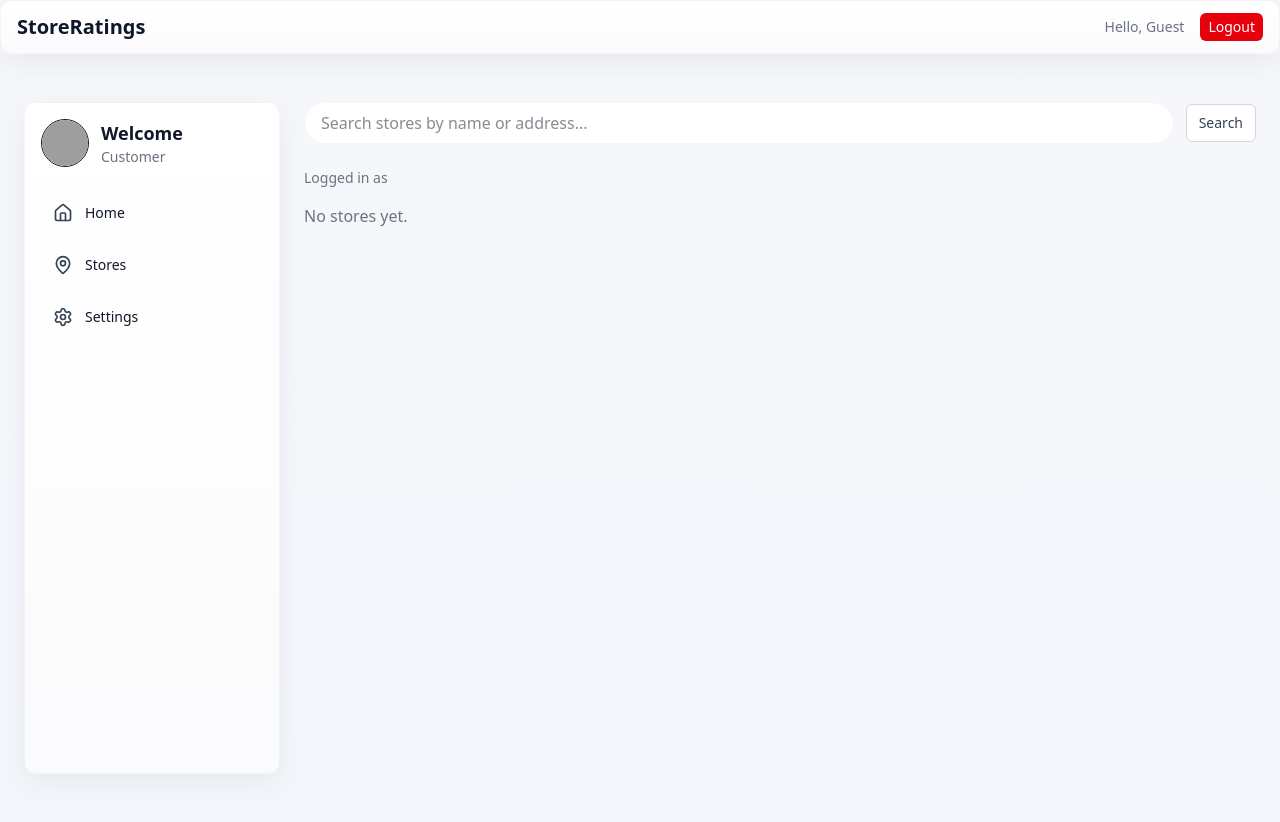
Repository: Sarthak102/roxiler-store-rating
Page: /stores (app in frontend/)
An editor plug-in stored every save of this project. The page is shown before and after a run of saves, followed by the edit.
The browser window is 1280 px wide. The pictures show the whole page.
Pictures or frames that could not be fetched are drawn as grey boxes. The page's requests for data from a server got no answer. The project was rebuilt for these pictures with package versions that can differ from the ones it lists, and the page was loaded fresh each time. No one was signed in, and anything a server would have sent is missing. Also part of the build but not shown: frontend/vite.config.ts, frontend/src/components/StoreCard.tsx, frontend/src/components/RatingModal.tsx, frontend/src/components/ui/input.tsx, frontend/src/components/ui/card.tsx, frontend/src/pages/Login.tsx, frontend/src/pages/Register.tsx, frontend/src/components/ProtectedRoute.tsx and 8 more.

Above is the page before, as saved 2025-11-17 18:46:20.

### frontend/src/main.tsx
import React from "react";
import ReactDOM from "react-dom/client";
import App from "./App";
import { AuthProvider } from "./contexts/AuthContext";
import { ToastProvider } from "./contexts/ToastContext";
import "./index.css"; // Tailwind + custom CSS

ReactDOM.createRoot(document.getElementById("root")!).render(
  <AuthProvider>
    <ToastProvider>
      <App />
    </ToastProvider>
  </AuthProvider>
);

### frontend/src/App.tsx
// frontend/src/App.tsx
import React from "react";
import { BrowserRouter, Routes, Route } from "react-router-dom";
import Navbar from "./components/Navbar";
import StoresDashboard from "./pages/StoresDashboard";
import Login from "./pages/Login";
import Register from "./pages/Register";
import ProtectedRoute from "./components/ProtectedRoute";
import PublicRoute from "./components/PublicRoute";
import AdminStores from "./pages/AdminStores";
import AdminCreateStore from "./pages/AdminCreateStore";
import ChangePassword from "./pages/ChangePassword";
import AdminDashboard from "./pages/AdminDashboard";
import AdminUsers from "./pages/AdminUsers";
import AdminCreateUser from "./pages/AdminCreateUser";

export default function App() {
  return (
    <BrowserRouter>
      {/* Render Navbar exactly once here */}
      <Navbar />

      <div className="py-6">
        <Routes>
          <Route path="/" element={<StoresDashboard />} />
          <Route path="/stores" element={<StoresDashboard />} />

          <Route
            path="/login"
            element={
              <PublicRoute>
                <Login />
              </PublicRoute>
            }
          />
          <Route
            path="/register"
            element={
              <PublicRoute>
                <Register />
              </PublicRoute>
            }
          />

          <Route
            path="/settings"
            element={
              <ProtectedRoute>
                <ChangePassword />
              </ProtectedRoute>
            }
          />

          <Route
            path="/admin/stores"
            element={
              <ProtectedRoute role="admin">
                <AdminStores />
              </ProtectedRoute>
            }
          />
          <Route
            path="/admin/create-store"
            element={
              <ProtectedRoute role="admin">
                <AdminCreateStore />
              </ProtectedRoute>
            }
          />
          <Route
            path="/admin"
            element={
              <ProtectedRoute role="admin">
                <AdminDashboard />
              </ProtectedRoute>
            }
          />
          <Route
            path="/admin/users"
            element={
              <ProtectedRoute role="admin">
                <AdminUsers />
              </ProtectedRoute>
            }
          />
          <Route
            path="/admin/create-user"
            element={
              <ProtectedRoute role="admin">
                <AdminCreateUser />
              </ProtectedRoute>
            }
          />

          <Route path="*" element={<StoresDashboard />} />
        </Routes>
      </div>
    </BrowserRouter>
  );
}

### frontend/src/contexts/AuthContext.tsx
// frontend/src/contexts/AuthContext.tsx
/* eslint-disable react-refresh/only-export-components */
import React, { createContext, useEffect, useState } from "react";
import api from "../services/api";

type User = {
  id: string;
  name: string;
  email: string;
  role?: string;
};

type AuthContextType = {
  user: User | null;
  token: string | null;
  loading: boolean;
  login: (email: string, password: string) => Promise<void>;
  register: (payload: {
    name: string;
    email: string;
    password: string;
    address?: string;
  }) => Promise<void>;
  logout: () => void;
};

export const AuthContext = createContext<AuthContextType | undefined>(
  undefined
);

export const AuthProvider: React.FC<{ children: React.ReactNode }> = ({
  children,
}) => {
  const [user, setUser] = useState<User | null>(() => {
    try {
      const raw = localStorage.getItem("user");
      return raw ? (JSON.parse(raw) as User) : null;
    } catch {
      return null;
    }
  });

  const [token, setToken] = useState<string | null>(() => {
    try {
      return localStorage.getItem("accessToken");
    } catch {
      return null;
    }
  });

  const [loading, setLoading] = useState(false);

  // Keep localStorage in sync whenever token/user changes.
  useEffect(() => {
    try {
      if (token) localStorage.setItem("accessToken", token);
      else localStorage.removeItem("accessToken");
    } catch {
      // ignore
    }
  }, [token]);

  useEffect(() => {
    try {
      if (user) localStorage.setItem("user", JSON.stringify(user));
      else localStorage.removeItem("user");
    } catch {
      // ignore
    }
  }, [user]);

  const login = async (email: string, password: string) => {
    setLoading(true);
    try {
      const res = await api.post("/auth/login", { email, password });
      const { token: tkn, user: u } = res.data;
      setToken(tkn);
      setUser(u);
    } finally {
      setLoading(false);
    }
  };

  const register = async (payload: {
    name: string;
    email: string;
    password: string;
    address?: string;
  }) => {
    setLoading(true);
    try {
      const res = await api.post("/auth/register", payload);
      const { token: tkn, user: u } = res.data;
      setToken(tkn);
      setUser(u);
    } finally {
      setLoading(false);
    }
  };

  const logout = () => {
    setUser(null);
    setToken(null);
    try {
      localStorage.removeItem("accessToken");
      localStorage.removeItem("user");
    } catch {
      // ignore
    }
  };

  const value: AuthContextType = {
    user,
    token,
    loading,
    login,
    register,
    logout,
  };

  return <AuthContext.Provider value={value}>{children}</AuthContext.Provider>;
};

### frontend/src/contexts/ToastContext.tsx
import React, { createContext, useContext, useState, useCallback } from "react";

type Toast = {
  id: number;
  type: "success" | "error" | "info";
  message: string;
};
type ToastContextType = {
  success: (msg: string) => void;
  error: (msg: string) => void;
  info: (msg: string) => void;
};

const ToastContext = createContext<ToastContextType | undefined>(undefined);

export const ToastProvider: React.FC<{ children: React.ReactNode }> = ({
  children,
}) => {
  const [toasts, setToasts] = useState<Toast[]>([]);

  const push = useCallback((t: Omit<Toast, "id">) => {
    setToasts((prev) => [...prev, { ...t, id: Date.now() }]);
    // remove after 3.5s
    setTimeout(() => {
      setToasts((prev) => prev.slice(1));
    }, 3500);
  }, []);

  const value = {
    success: (msg: string) => push({ type: "success", message: msg }),
    error: (msg: string) => push({ type: "error", message: msg }),
    info: (msg: string) => push({ type: "info", message: msg }),
  };

  return (
    <ToastContext.Provider value={value}>
      {children}
      <div style={{ position: "fixed", right: 20, top: 20, zIndex: 9999 }}>
        {toasts.map((t) => (
          <div
            key={t.id}
            style={{
              marginBottom: 8,
              padding: "10px 14px",
              borderRadius: 8,
              background:
                t.type === "success"
                  ? "#1DBF73"
                  : t.type === "error"
                  ? "#F56565"
                  : "#CBD5E1",
              color: "#fff",
              boxShadow: "0 6px 18px rgba(0,0,0,0.12)",
            }}
          >
            {t.message}
          </div>
        ))}
      </div>
    </ToastContext.Provider>
  );
};

export function useToast() {
  const c = useContext(ToastContext);
  if (!c) throw new Error("useToast must be used inside ToastProvider");
  return c;
}

### frontend/src/index.css
@import "tailwindcss";
@tailwind utilities;

/* --- Light / soft theme (EduMate-like) --- */

/* base background */
:root {
  --bg-1: #f6f7fb;
  --bg-2: #f3f6fb;
  --panel-from: rgba(255, 255, 255, 0.95);
  --panel-to: rgba(250, 250, 252, 0.95);
  --muted: #6b7280;
  --brand: #1dbf73; /* earlier green used for buttons if needed */
  --accent: #8faedc;
}

body {
  background: linear-gradient(180deg, var(--bg-1), var(--bg-2));
  color: #0f172a;
  -webkit-font-smoothing: antialiased;
  -moz-osx-font-smoothing: grayscale;
}

/* main app background wrapper (optional helper) */
.app-bg {
  background: linear-gradient(180deg, var(--bg-1), var(--bg-2));
}

/* panel (glass-like card background used across UI) */
.panel {
  background: linear-gradient(180deg, var(--panel-from), var(--panel-to));
  backdrop-filter: blur(6px);
  -webkit-backdrop-filter: blur(6px);
  border: 1px solid rgba(14, 165, 233, 0.04);
  border-radius: 12px;
}

/* card style (slightly stronger border + shadow) */
.card {
  background: #ffffff;
  border-radius: 12px;
  border: 1px solid rgba(15, 23, 42, 0.04);
  box-shadow: 0 8px 30px rgba(2, 6, 23, 0.06);
}

/* soft outer wrapper shadow helper */
.soft-shadow {
  box-shadow: 0 8px 30px rgba(2, 6, 23, 0.06);
}

/* pill button style used for filters / small actions */
.pill {
  @apply px-3 py-1 rounded-full text-sm border inline-flex items-center gap-2;
  background: #fff;
  border: 1px solid rgba(15, 23, 42, 0.04);
  color: var(--muted);
}

/* input focus and default */
input,
textarea {
  background: white;
  border: 1px solid rgba(15, 23, 42, 0.06);
  border-radius: 8px;
}

/* nice header search box */
.header-search {
  @apply rounded-full px-4 py-2;
  background: #fff;
  border: 1px solid rgba(15, 23, 42, 0.04);
}

/* small utility */
.text-muted {
  color: var(--muted);
}

/* ensure header-search uses same look */
.header-search {
  @apply rounded-full px-4 py-2;
  background: #fff;
  border: 1px solid rgba(15,23,42,0.04);
}

/* muted text color used above */
.text-muted { color: #6b7280; }

/* card class already defined earlier; ensure store cards follow card style */
.card { background: #fff; border-radius: 12px; border: 1px solid rgba(15,23,42,0.04); box-shadow: 0 8px 30px rgba(2,6,23,0.06); }
.panel { background: linear-gradient(180deg,#fff,#fbfbfd); border-radius:12px; border:1px solid rgba(15,23,42,0.04); }

### frontend/src/components/Navbar.tsx
// frontend/src/components/Navbar.tsx
import React from "react";
import { Link, useNavigate } from "react-router-dom";
import useAuth from "../hooks/useAuth";
import Button from "./ui/button";

export default function Navbar() {
  const { user, logout } = useAuth();
  const navigate = useNavigate();

  const handleLogout = () => {
    logout();
    navigate("/login", { replace: true });
    try {
      window.history.pushState(null, "", "/login");
    } catch {}
  };

  return (
    <div className="w-full panel soft-shadow">
      <div className="max-w-[1400px] mx-auto px-4 py-3 flex items-center justify-between">
        <div className="flex items-center gap-6">
          <Link to="/" className="text-xl font-semibold">
            StoreRatings
          </Link>
        </div>

        <div className="flex items-center gap-4">
          <div className="text-sm text-muted">
            Hello, {user?.name?.split(" ")[0] ?? "Guest"}
          </div>
          <Button variant="destructive" size="sm" onClick={handleLogout}>
            Logout
          </Button>
        </div>
      </div>
    </div>
  );
}

### frontend/src/services/api.ts
// frontend/src/services/api.ts
import axios from "axios";

const API_BASE = import.meta.env.VITE_API_URL ?? "/api";

const api = axios.create({
  baseURL: API_BASE,
  headers: { "Content-Type": "application/json" },
});

// Request interceptor - read token from localStorage each time (robust across reloads)
api.interceptors.request.use((config) => {
  try {
    const token =
      typeof window !== "undefined"
        ? localStorage.getItem("accessToken")
        : null;
    if (token && config.headers) {
      config.headers["Authorization"] = `Bearer ${token}`;
    }
  } catch (e) {
    // ignore
  }
  return config;
});

// Response interceptor - pass through; consumer handles errors
api.interceptors.response.use(
  (res) => res,
  (err) => Promise.reject(err)
);

export default api;

### frontend/src/hooks/useAuth.ts
// frontend/src/hooks/useAuth.ts
import { useContext } from "react";
import { AuthContext } from "../contexts/AuthContext";

export default function useAuth() {
  const ctx = useContext(AuthContext);
  if (!ctx) throw new Error("useAuth must be used within AuthProvider");
  return ctx;
}

### frontend/src/components/ui/button.tsx
// frontend/src/components/ui/button.tsx
import React from "react";
import clsx from "clsx";

type ButtonProps = React.ButtonHTMLAttributes<HTMLButtonElement> & {
  variant?: "default" | "destructive" | "outline" | "ghost";
  size?: "sm" | "md" | "lg";
};

export const Button: React.FC<ButtonProps> = ({
  className,
  children,
  variant = "default",
  size = "md",
  ...rest
}) => {
  const base =
    "inline-flex items-center justify-center rounded-md font-medium transition-colors focus:outline-none focus:ring-2 focus:ring-offset-2";
  const sizes: Record<string, string> = {
    sm: "py-1 px-2 text-sm",
    md: "py-2 px-3 text-sm",
    lg: "py-3 px-4 text-base",
  };
  const variants: Record<string, string> = {
    default: "bg-green-600 text-white hover:bg-green-700",
    destructive: "bg-red-600 text-white hover:bg-red-700",
    outline: "border border-gray-300 bg-white text-gray-700 hover:bg-gray-50",
    ghost: "bg-transparent text-gray-700 hover:bg-gray-100",
  };

  return (
    <button
      className={clsx(base, sizes[size], variants[variant], className)}
      {...rest}
    >
      {children}
    </button>
  );
};

export default Button;

### frontend/src/components/Layout.tsx
// frontend/src/components/Layout.tsx
import React from "react";
import Sidebar from "./Sidebar";

export default function Layout({ children }: { children: React.ReactNode }) {
  return (
    <div className="min-h-screen app-bg antialiased">
      <div className="max-w-[1400px] mx-auto p-6">
        <div className="flex gap-6">
          <aside className="w-64">
            <Sidebar />
          </aside>

          <main className="flex-1">{children}</main>
        </div>
      </div>
    </div>
  );
}

### frontend/src/services/storeService.ts
// frontend/src/services/storeService.ts
import api from "./api";

export type Store = {
  id: string;
  name: string;
  email?: string | null;
  address?: string | null;
  ratings_count?: number;
  avg_rating?: number | null;
  user_rating?: number | null; // <- new
};

export type RatingPayload = {
  rating: number; // 1..5
  comment?: string;
};

export async function fetchStores(
  params: { page?: number; limit?: number; q?: string } = {}
) {
  const res = await api.get("/stores", { params });
  return res.data.data as Store[];
}

export async function getStoreById(id: string) {
  const res = await api.get(`/stores/${id}`);
  return res.data;
}

export async function submitRating(storeId: string, payload: RatingPayload) {
  const res = await api.post(`/stores/${storeId}/ratings`, payload);
  return res.data;
}

export async function getRatingsForStore(storeId: string) {
  const res = await api.get(`/stores/${storeId}/ratings`);
  return res.data;
}

Loaded but not shown: frontend/index.html (common file); frontend/src/pages/StoresDashboard.tsx (117 lines, source omitted); frontend/src/components/Sidebar.tsx (90 lines, source omitted)

After the next 2 saves:
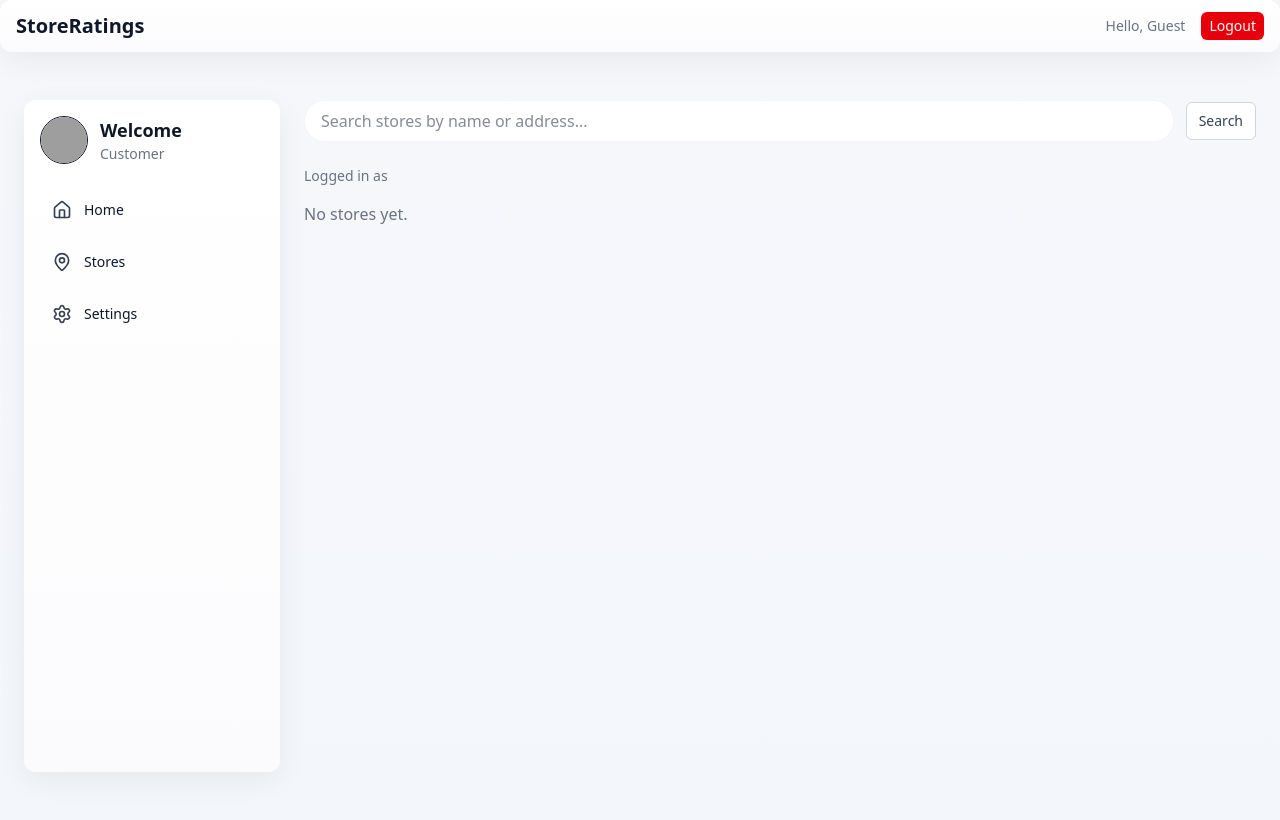
The 2 saves are shown as one change because they came seconds apart.
The last was saved 35 min 48 s later.
--- a/frontend/src/index.css
+++ b/frontend/src/index.css
@@ -89,3 +89,40 @@ textarea {
 /* card class already defined earlier; ensure store cards follow card style */
 .card { background: #fff; border-radius: 12px; border: 1px solid rgba(15,23,42,0.04); box-shadow: 0 8px 30px rgba(2,6,23,0.06); }
 .panel { background: linear-gradient(180deg,#fff,#fbfbfd); border-radius:12px; border:1px solid rgba(15,23,42,0.04); }
+
+/* ----- Admin / global card styling (use with components/ui/card) ----- */
+
+/* make .card match store cards: no heavy border, subtle shadow, white background */
+.card {
+  background: #ffffff;
+  border: none; /* remove visible border */
+  border-radius: 12px;
+  box-shadow: 0 8px 30px rgba(2,6,23,0.06); /* soft shadow */
+  -webkit-backdrop-filter: blur(4px);
+  backdrop-filter: blur(4px);
+}
+
+/* Input and select styling to match card look */
+input, textarea, select {
+  background: #ffffff;
+  border: 1px solid rgba(15,23,42,0.04);
+  border-radius: 8px;
+  padding: 0.5rem 0.75rem;
+}
+
+/* subtle card header */
+.card-header {
+  border-bottom: none;
+  padding-bottom: 0.25rem;
+}
+
+/* Remove panel borders for admin panels too (if you used .panel) */
+.panel {
+  border: none;
+  background: linear-gradient(180deg,#fff,#fbfbfd);
+}
+
+/* slightly larger card padding utility when needed */
+.card-lg {
+  padding: 1.25rem; /* p-5 */
+}

After the 2 saves that followed:
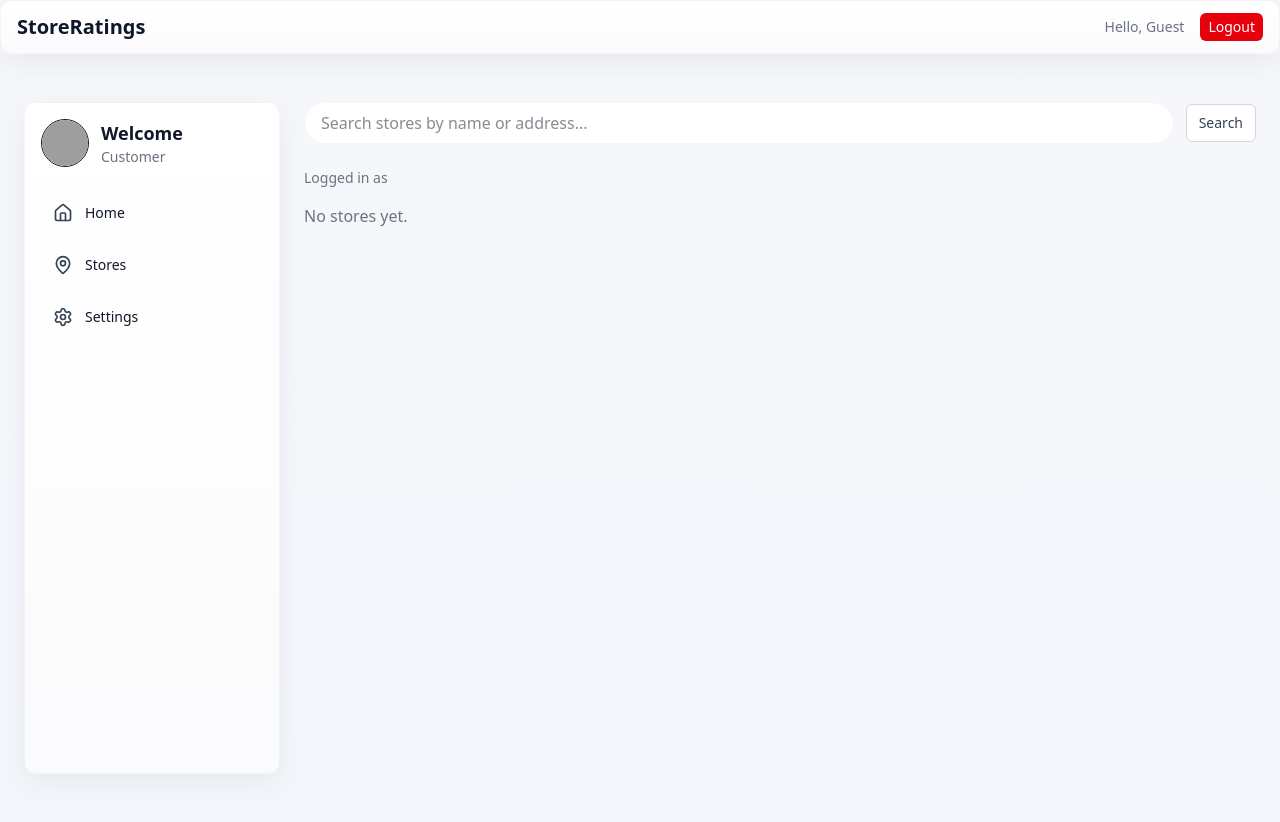
The 2 saves are shown as one change because they came seconds apart.
The last was saved 42 s later.
--- a/frontend/src/index.css
+++ b/frontend/src/index.css
@@ -80,49 +80,23 @@ textarea {
 .header-search {
   @apply rounded-full px-4 py-2;
   background: #fff;
-  border: 1px solid rgba(15,23,42,0.04);
+  border: 1px solid rgba(15, 23, 42, 0.04);
 }
 
 /* muted text color used above */
-.text-muted { color: #6b7280; }
+.text-muted {
+  color: #6b7280;
+}
 
 /* card class already defined earlier; ensure store cards follow card style */
-.card { background: #fff; border-radius: 12px; border: 1px solid rgba(15,23,42,0.04); box-shadow: 0 8px 30px rgba(2,6,23,0.06); }
-.panel { background: linear-gradient(180deg,#fff,#fbfbfd); border-radius:12px; border:1px solid rgba(15,23,42,0.04); }
-
-/* ----- Admin / global card styling (use with components/ui/card) ----- */
-
-/* make .card match store cards: no heavy border, subtle shadow, white background */
 .card {
-  background: #ffffff;
-  border: none; /* remove visible border */
+  background: #fff;
   border-radius: 12px;
-  box-shadow: 0 8px 30px rgba(2,6,23,0.06); /* soft shadow */
-  -webkit-backdrop-filter: blur(4px);
-  backdrop-filter: blur(4px);
+  border: 1px solid rgba(15, 23, 42, 0.04);
+  box-shadow: 0 8px 30px rgba(2, 6, 23, 0.06);
 }
-
-/* Input and select styling to match card look */
-input, textarea, select {
-  background: #ffffff;
-  border: 1px solid rgba(15,23,42,0.04);
-  border-radius: 8px;
-  padding: 0.5rem 0.75rem;
+.panel {
+  background: linear-gradient(180deg, #fff, #fbfbfd);
+  border-radius: 12px;
+  border: 1px solid rgba(15, 23, 42, 0.04);
 }
-
-/* subtle card header */
-.card-header {
-  border-bottom: none;
-  padding-bottom: 0.25rem;
-}
-
-/* Remove panel borders for admin panels too (if you used .panel) */
-.panel {
-  border: none;
-  background: linear-gradient(180deg,#fff,#fbfbfd);
-}
-
-/* slightly larger card padding utility when needed */
-.card-lg {
-  padding: 1.25rem; /* p-5 */
-}
